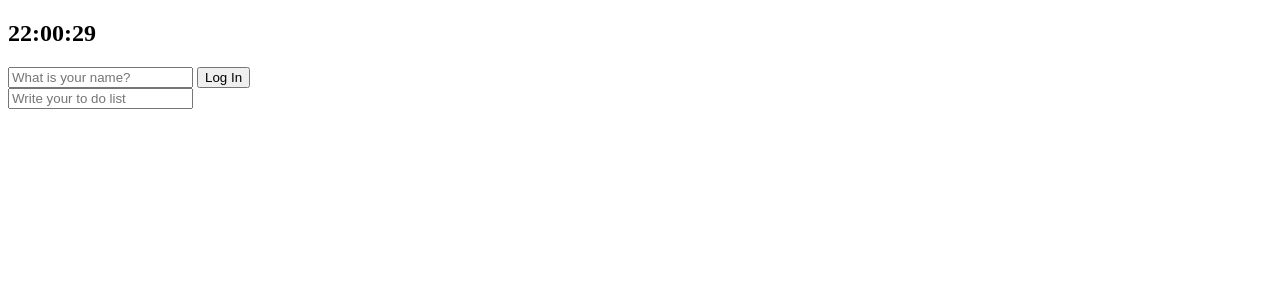
Repository: yoonanimous/ChromeApp
Page: index.html
The author's editor kept a copy of each file at every save. The page is drawn from the files as they stood at one save, then again after the next save.
The browser window is 1280 px wide. The pictures show the whole page.

Above is the page before, as saved 2022-12-04 09:31:50.

### index.html
<!DOCTYPE html>
<html lang="en">
	<head>
		<meta charset="UTF-8" />
		<meta http-equiv="X-UA-Compatible" content="IE=edge" />
		<meta name="viewport" content="width=device-width, initial-scale=1.0" />
		<title>ChromeApp</title>
		<link rel="stylesheet" href="style.css" />
		<script defer src="js/clock.js"></script>
		<script defer src="js/greetings.js"></script>
		<script defer src="js/todo.js"></script>
	</head>
	<body>
		<div>
			<h2 id="clock"></h2>
		</div>
		<form class="hidden" id="login-form">
			<input
				type="text"
				required
				maxlength="15"
				placeholder="What is your name?"
			/>
			<input type="submit" value="Log In" />
		</form>
		<h1 class="hidden" id="greeting"></h1>
		<form id="todo-form">
			<input type="text" placeholder="Write your to do list" required />
		</form>
	</body>
</html>

### js/clock.js
const clock = document.querySelector("#clock");

function getClock() {
	const date = new Date();
	const hours = String(date.getHours()).padStart(2, "0");
	const minutes = String(date.getMinutes()).padStart(2, "0");
	const seconds = String(date.getSeconds()).padStart(2, "0");
	clock.innerText = `${hours}:${minutes}:${seconds}`;
}

getClock();
setInterval(getClock, 1000);

### js/greetings.js
const greeting = document.querySelector("#greeting");
const loginForm = document.querySelector("#login-form");
const loginInput = document.querySelector("#login-form input");

const HIDDEN_CLASSNAME = "hidden";
const USERNAME_KEY = "username";

function onLoginSubmit(event) {
	event.preventDefault();
	loginForm.classList.add(HIDDEN_CLASSNAME);
	const typedUsername = loginInput.value;
	localStorage.setItem(USERNAME_KEY, typedUsername);
	paintGreetings(typedUsername);
}

function paintGreetings(username) {
	greeting.innerText = `Hello ${username}`;
	greeting.classList.remove(HIDDEN_CLASSNAME);
}

const savedUsername = localStorage.getItem(USERNAME_KEY);

if (savedUsername === null) {
	loginForm.classList.remove(HIDDEN_CLASSNAME);
	loginForm.addEventListener("submit", onLoginSubmit);
} else {
	paintGreetings(savedUsername);
}

Loaded but not shown: style.css (common file); js/todo.js (no stored copy; drawn as an empty file)

After the next save:
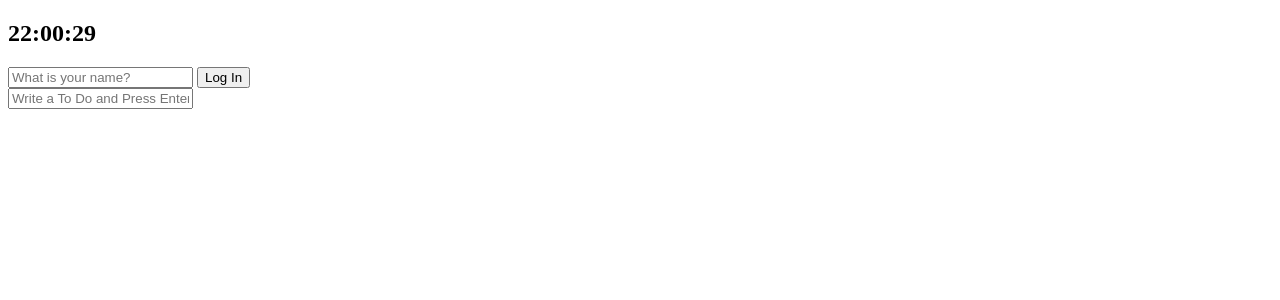
Saved 83 s later.
--- a/index.html
+++ b/index.html
@@ -25,7 +25,8 @@
 		</form>
 		<h1 class="hidden" id="greeting"></h1>
 		<form id="todo-form">
-			<input type="text" placeholder="Write your to do list" required />
+			<input type="text" placeholder="Write a To Do and Press Enter" required />
 		</form>
+		<ul id="todo-list"></ul>
 	</body>
 </html>
